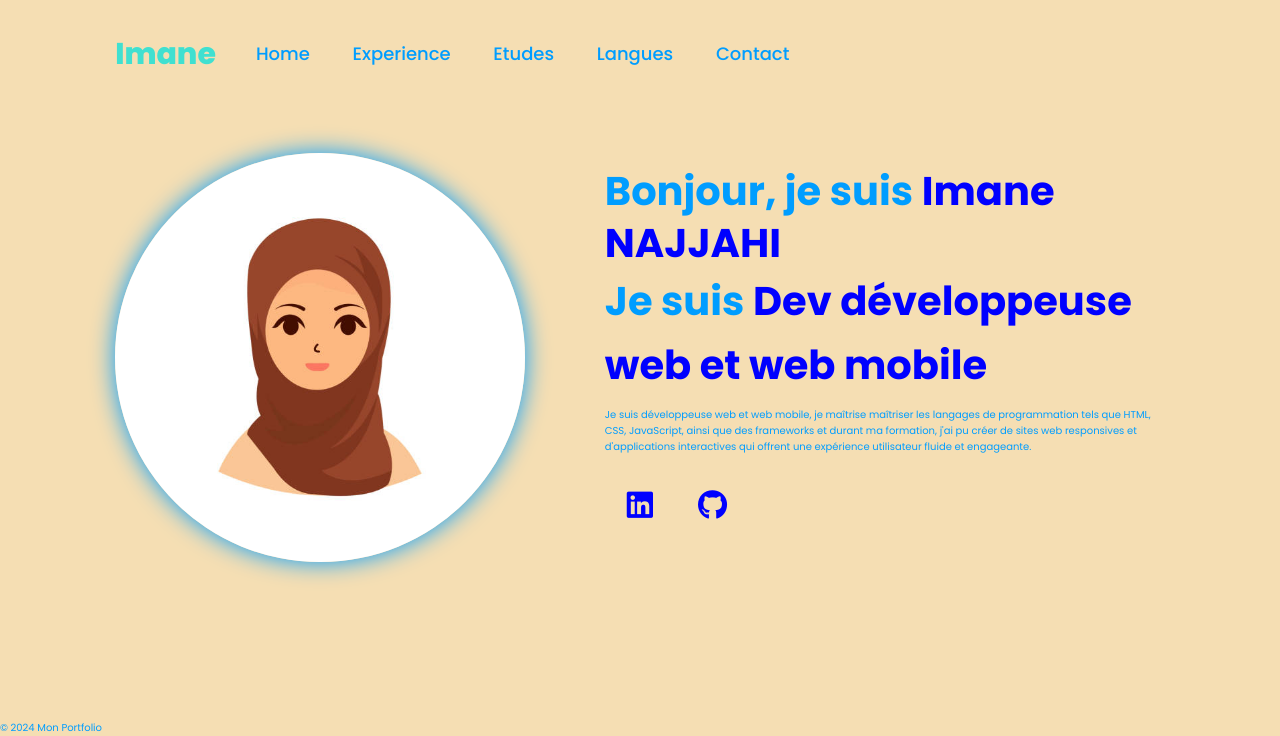
Repository: Najjahi/10mentions_web_back
Page: 02_PHP/portefolio/apropos.html
An editor plug-in stored every save of this project. The page is shown before and after a run of saves, followed by the edit.
The browser window is 1280 px wide. The pictures show the whole page.
Some web fonts or font styles are not loaded; a fallback is used. Some web libraries are served in a nearby version.

Above is the page before, as saved 2024-12-03 10:36:01.

### 02_PHP/portefolio/apropos.html
<!DOCTYPE html>
<html lang="fr">
<head>
    <meta charset="UTF-8">
    <meta name="viewport" content="width=device-width, initial-scale=1.0">
    <link rel="stylesheet" href=" @import url('https://fonts.googleapis.com/css2?family=Poller+One&family=Poppins:ital,wght@0,100;0,200;0,300;0,400;0,500;0,600;0,700;0,800;0,900;1,100;1,200;1,300;1,400;1,500;1,600;1,700;1,800;1,900&display=swap');
        ">
    <title>Mon Portfolio</title>
    <link rel="stylesheet" href="css/style.css">
</head>
<body>
    <header>
        <a href="#" class="logo">Imane</a>

        <nav>
            <a href="#" class="active">Home</a>
            <a href="#">Experience</a>
            <a href="#">Etudes</a>
            <a href="#">Langues</a>
            <a href="#">Contact</a>
        </nav>
    </header>

    <section class="home">
        <div class="home-img">
            <img src="img/imane.jpg" alt="">
        </div>
        <div class="home-content">
            <h1>Bonjour, je suis <span>Imane NAJJAHI</span></h1>
            <h3 class="typing-text"> Je suis <span> développeuse web et web mobile </span></h3>
            <p> Je suis développeuse web et web mobile, je maîtrise  maîtriser les langages de programmation tels que HTML, CSS, JavaScript, ainsi que des frameworks et durant ma formation, j'ai pu créer de sites web responsives et d'applications interactives qui offrent une expérience utilisateur fluide et engageante.<p>
                <div class="social-icons">
                    <a href="#"> <i class="fa-brands fa-linkedin"></i></a>
                    <a href="#"> <i class="fa-brands fa-github"></i></a>


                </div>
        </div>

    </section>




    <footer>
        <script src="https://kit.fontawesome.com/3fc7a9accd.js" crossorigin="anonymous"></script>
        <p>&copy; 2024 Mon Portfolio</p>
    </footer>
</body>
</html>

### 02_PHP/portefolio/css/style.css
@import url('https://fonts.googleapis.com/css2?family=Poller+One&family=Poppins:ital,wght@0,100;0,200;0,300;0,400;0,500;0,600;0,700;0,800;0,900;1,100;1,200;1,300;1,400;1,500;1,600;1,700;1,800;1,900&display=swap');

*{
    margin: 0;
    padding: 0;
    box-sizing: border-box;
    text-decoration: none;
    border: none;
    outline: none;
    font-family: 'Poppins', sans-serif;
}

html{
    font-size: 62.5%;
}

body{
    width: 100%;
    height: 100vh;
    overflow-x: hidden;
    background-color: wheat;
    color: rgb(0, 157, 255);
    line-height: 1.6;
}

header{
    margin-top: 20px;
    position: fixed;
    top: 0;
    left: 0;
    width: 100;
    padding: 1rem 9%;
    background-color: transparent;
    filter: drop-shadow(10px);
    display: flex;
    justify-content: space-between;
    align-items: center;
    z-index: 100;
    text-align: center;
}

.logo{
    font-size: 3rem;
    color: turquoise;
    font-weight: 800;
    cursor: pointer;
    transition: 0.5s ease;
}

.logo:hover{
    transform: scale(1.1);

}


nav a {
    font-size: 1.8rem;
    color: rgb(0, 157, 255);
    margin-left: 4rem;
    font-weight: 500;
    transition: 0.3s ease;
    border-bottom: 3px solid transparent;

}

nav a:hover,
nav a:active{
    color: turquoise;
    border-bottom: 3px solid turquoise;
}

@media(max-width:995px) {
    nav{
        position: absolute;
        top: 100%;
        right: 0;
        width: 40%;
        border-left: 3px solid turquoise;
        border-bottom: 3px solid turquoise;
        border-bottom-right-radius: 2rem;
        padding: 1rem solid;
        background-color: wheat;
        border-top: 0.1rem solid rgba(0, 0, 0, 0.1);

    }

    nav:active {
        display: block;
    }

    nav a {
        display: block;
        font-size: 2rem;
        margin: 3rem 0;
    }

    nav a:hover,
    nav a:active {
        padding: 1rem;
        border-radius: 0.5rem;
        border-bottom: 0.5rem solid turquoise;

    }
    }
    section {
        min-height: 100vh;
        padding: 5rem 9% 5rem;

    }

    .home {
        display: flex;
        justify-content: center;
        align-items: center;
        gap: 8rem;
        background-color: wheat;
    }
    .home-content h3 {
        font-size: 4rem;
        margin-bottom: 1rem;
        font-weight: 700;
    }
    .home .home-content h1 {
        font-size: 4rem;
        font-weight: 700;
        line-height: 1.3;
    }

    span{
        color: blue;
    }

    .home .home-content h3 {
        font-size: 4rem;
        font-weight: 700;
        margin-bottom: 1rem;
    }


    .home-img {
        border-radius: 50%;
    }
    .home-img img{
        position: relative;
        width: 32vw;
        border-radius: 50%;
        box-shadow: 0 0 25px;
        cursor: pointer;
        transition: 0.2s linear;

    }
    .home-img img-hover {
        font-size: 1.8rem;
        font-weight: 500;
    }

    .social-icons a{
        display: inline-flex;
        justify-content: center;
        align-items: center;
        width: 4rem;
        height: 4rem;
        background-color: transparent;
        border: 0.2rem;
        font-size: 3rem;
        border-radius: 50%;
        margin: 3rem 1.5rem 3rem;
        transition: 0.3s ease;
        color: blue;
    }
    .social-icons a:hover{
        color: wheat;
        transform: scale(1.3) translateY(-5px) ;
        background-color:  rgb(0, 157, 255);
        box-shadow: 0 0 25px aqua;
    }

    .btn{
        display: inline-block;
        padding: 1rem 2.8rem;
        background-color: beige;
        border-radius: 4rem;
        font-size: 1.6rem;
        color: aqua;
        letter-spacing: 0.3rem;
        font-weight: 600;
        border: 2px solid aqua;
        transition: 0.3s ease;
        cursor: pointer;
    }

    .btn:hover{
        transform: scale3d(1.03);
        background-color: blue;
        color: beige;
        box-shadow: 0 0 25px aqua;
    }
    .typing-text{
        font-size: 34px;
        font-weight: 600;
        min-width: 280px;
    }

    .typing-text span{
        position: relative;
    }

    .typing-text span::before{
        content: "Dev";

    }

After the next 5 saves:
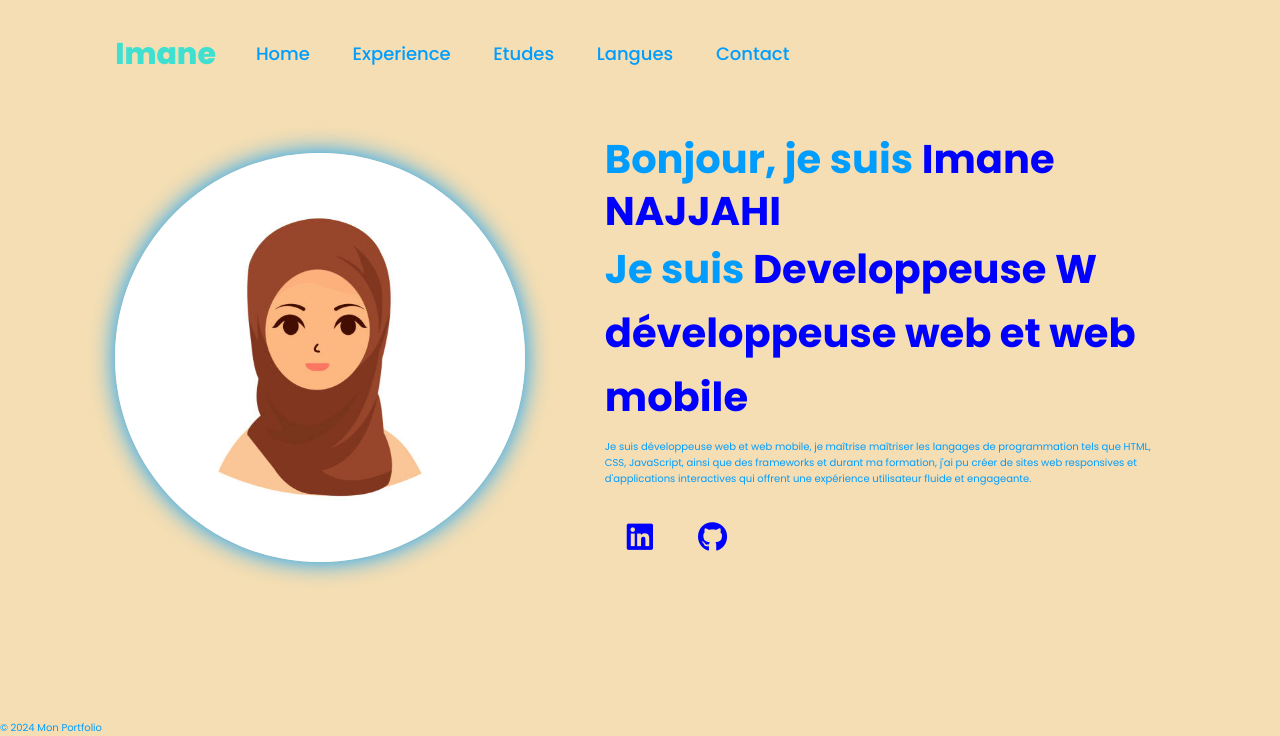
The 5 saves are shown as one change because they came seconds apart.
The last was saved 12 s later.
--- a/02_PHP/portefolio/css/style.css
+++ b/02_PHP/portefolio/css/style.css
@@ -206,6 +206,6 @@ nav a:active{
     }
 
     .typing-text span::before{
-        content: "Dev";
-
-    }
+        content: "Developpeuse W";
+
+    }
